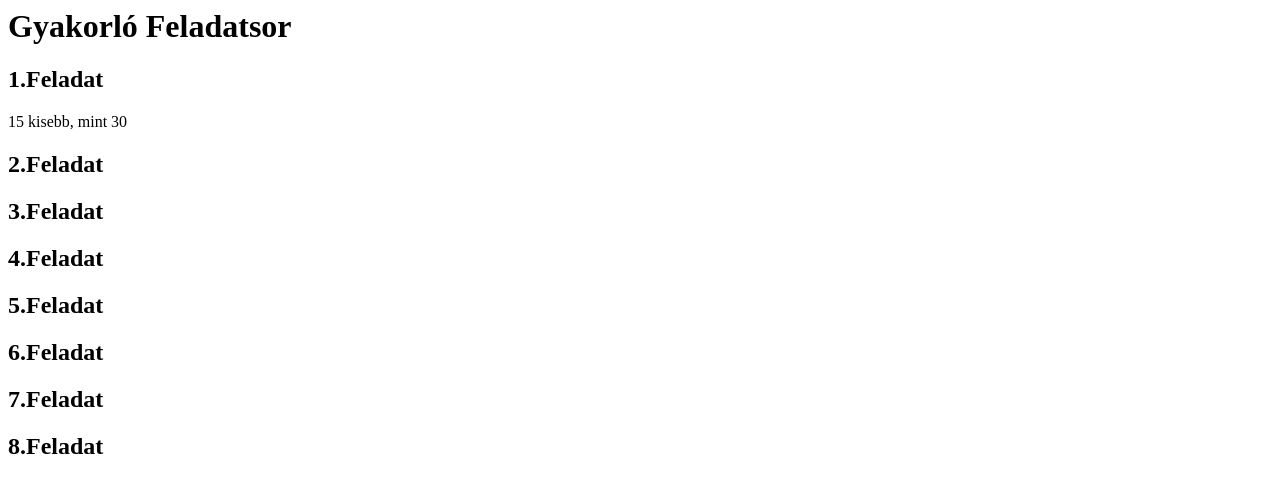
Repository: doomhyena/htdocs
Page: http://localhost/00.Home/03.harmadik.php
These files come from the project's save history. The page is drawn as it stood at one moment and after the next save; the edit follows.
The browser window is 1280 px wide. The pictures show the whole page.
The page is run by PHP 8.4 with error messages shown; the project is at /var/www/html/.

Above is the page before, as saved 2024-09-21 09:19:53.

### 00.Home/03.harmadik.php
<?php

echo "<h1>Gyakorló Feladatsor</h1>";
/*

1. Feladat

    Feladat: Hozz létre két változót, $a = 15 és $b = 30.
        Ha az $a kisebb, mint $b, írasd ki, hogy "$a kisebb, mint $b".
        Ha $a nagyobb, mint $b, írasd ki, hogy "$a nagyobb, mint $b".
        Ha a két szám egyenlő, írasd ki, hogy "$a és $b egyenlő".

*/

echo "<h2>1.Feladat</h2>";

$a = 15;
$b = 30;

if ($a < $b) {
    echo "$a kisebb, mint $b";
}
if ($a > $b) {
    echo "$a nagyobb, mint $b";
} else {
    echo "";
}

echo "<h2>2.Feladat</h2>";
echo "<h2>3.Feladat</h2>";
echo "<h2>4.Feladat</h2>";
echo "<h2>5.Feladat</h2>";
echo "<h2>6.Feladat</h2>";
echo "<h2>7.Feladat</h2>";
echo "<h2>8.Feladat</h2>";

After the next save:
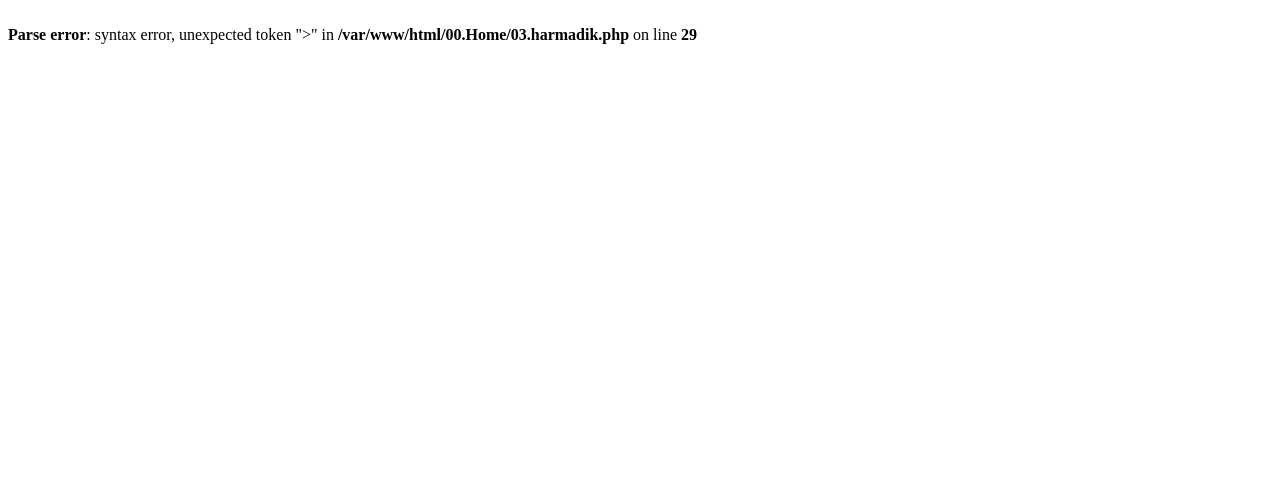
Saved 10 s later.
--- a/00.Home/03.harmadik.php
+++ b/00.Home/03.harmadik.php
@@ -23,7 +23,7 @@
 if ($a > $b) {
     echo "$a nagyobb, mint $b";
 } else {
-    echo "";
+    echo "$a és $b egyenlő;
 }
 
 echo "<h2>2.Feladat</h2>";

After the save that followed:
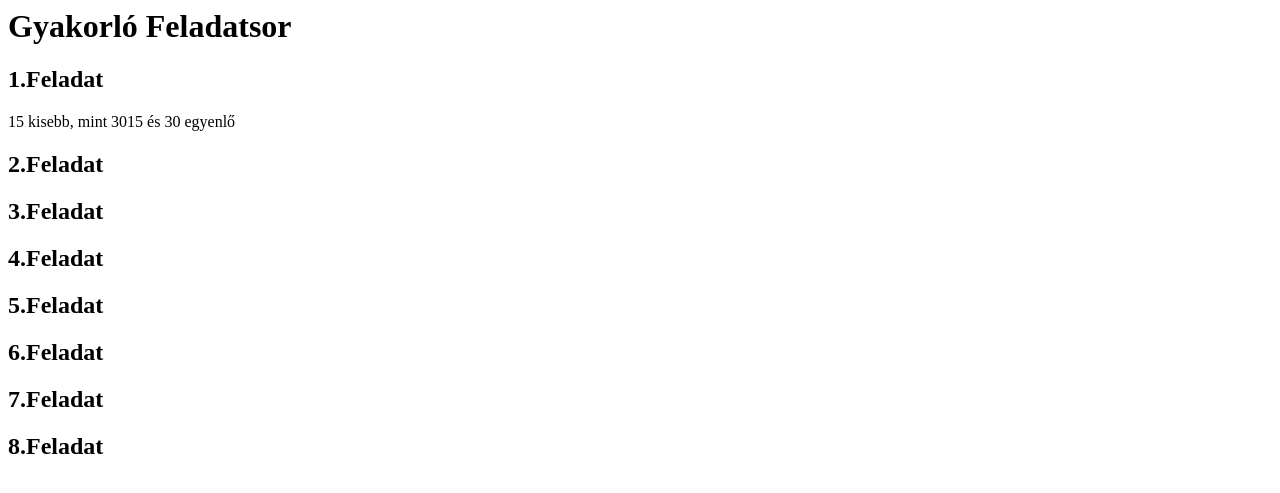
Saved 24 s later.
--- a/00.Home/03.harmadik.php
+++ b/00.Home/03.harmadik.php
@@ -23,7 +23,7 @@
 if ($a > $b) {
     echo "$a nagyobb, mint $b";
 } else {
-    echo "$a és $b egyenlő;
+    echo "$a és $b egyenlő";
 }
 
 echo "<h2>2.Feladat</h2>";
